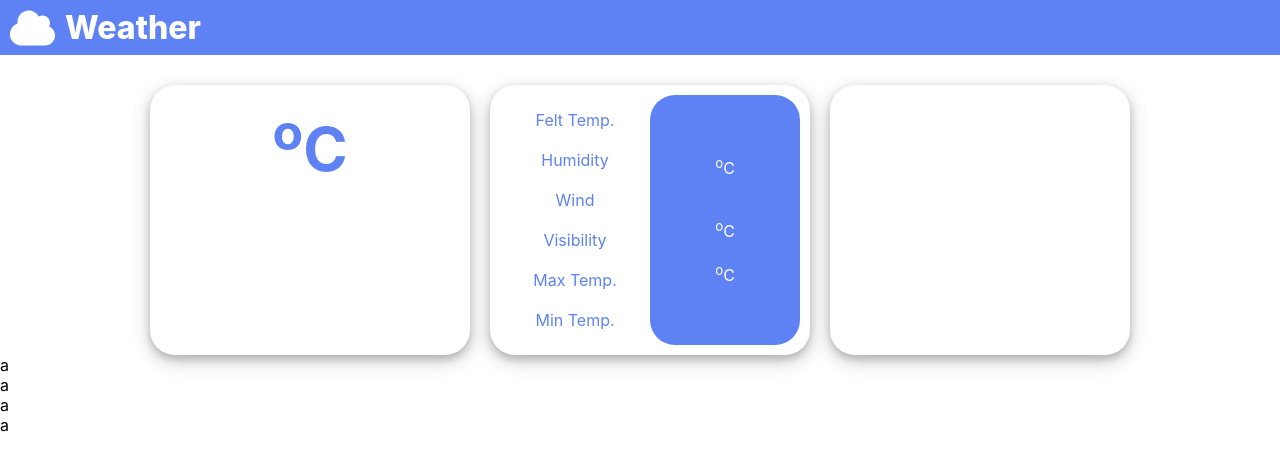
Repository: ahmedazawi/weather-app
Page: /
An editor plug-in stored every save of this project. The page is shown before and after the next save, followed by the edit.
The browser window is 1280 px wide. The pictures show the whole page.
The project was rebuilt for these pictures with package versions that can differ from the ones it lists, and the page was loaded fresh each time. Also part of the build but not shown: src/components/Map.js.

Above is the page before, as saved 2022-11-30 15:07:02.

### src/App.js
import React, { useState, useEffect } from "react";
import "./App.css";
import Header from "./layout/Header";
import Details from "./components/Details";

import Store from "./assets/data/Store";
function App() {
  return (
    <div className="App">
      <Header />
      <Store>
        <Details />
      </Store>
    </div>
  );
}

export default App;

### src/App.css
body {
  --primaryColor: #5e82f4;
  --borderRadius: 25px;
}

.nav {
  display: flex;
  align-items: center;
  height: 55px;
  background-color: var(--primaryColor);
}

### src/layout/Header.js
import React from "react";
import { FontAwesomeIcon } from "@fortawesome/react-fontawesome";
import { faCloud } from "@fortawesome/free-solid-svg-icons";
const Header = () => {
  return (
    <div className="nav">
      <div>
        <FontAwesomeIcon
          className="f-icon"
          icon={faCloud}
          color="White"
          style={{ marginLeft: "10px", fontSize: "40px" }}
        />
      </div>

      <h1 style={{ color: "white", marginLeft: "10px", fontWeight: "800" }}>
        Weather
      </h1>
    </div>
  );
};

export default Header;

### src/components/Details.js
import React, { useContext, useEffect } from "react";
import "../assets/css/details.css";
import { ContextApi } from "../assets/data/ContextApi";
import SevenDaysCards from "./SevenDaysCards";
import Map from "./Map";

const Details = () => {
  // const { weather, Loading } = useContext(ContextApi);
  // const [weatherValue, setWeatherValue] = weather;
  // const [LoadingValue, setLoadingValue] = Loading;

  // useEffect(() => {
  // console.log(weatherValue);
  // console.log(LoadingValue);
  // console.log(LocatedValue);
  // console.log(weatherValue.weather[0].main);
  // }, [weatherValue]);

  // if (LoadingValue) {
  //   return <div className="main">Loading...</div>;
  // }

  return (
    <div className="main">
      <div className="big-cards">
        <div>
          {/* <div>{weatherValue.location.city}</div> */}
          <div
            style={{
              fontSize: "60px",
            }}
          >
            {/* {weatherValue.current_observation.condition.temperature} */}
            <sup>o</sup>C
          </div>
          {/* <div>{weatherValue.current_observation.condition.text}</div> */}
        </div>
        <div>
          <div className="line-a">
            <span>Felt Temp.</span>
            <span>Humidity</span>
            <span>Wind</span>
            <span>Visibility</span>
            <span>Max Temp.</span>
            <span>Min Temp.</span>
          </div>
          <div className="line-b">
            <span>
              {/* {weatherValue.current_observation.condition.temperature - 0.7} */}
              <sup>o</sup>C
            </span>
            {/* <span>{weatherValue.current_observation.atmosphere.humidity}%</span> */}
            {/* <span> {weatherValue.current_observation.wind.speed} Km/h</span> */}
            <span>
              {/* {weatherValue.current_observation.atmosphere.visibility} Km */}
            </span>
            <span>
              {/* {weatherValue.forecasts[0].high} */}
              <sup>o</sup>C
            </span>
            <span>
              {/* {weatherValue.forecasts[0].low} */}
              <sup>o</sup>C
            </span>
          </div>
        </div>
        <div>{/* <Map city={weatherValue.location.city} /> */}</div>
      </div>

      <SevenDaysCards />
    </div>
  );
};

export default Details;

### src/assets/data/Store.js
import React, { useState, useEffect } from "react";
import { ContextApi } from "./ContextApi";
import { weatherAppAPI } from "./Api";
import axios from "axios";
function Store({ children }) {
  const [weather, setWeather] = useState([]);
  const [Loading, setLoading] = useState(true);
  const [lat, setLat] = useState();
  const [long, setLong] = useState();
  const [located, setLocated] = useState(false);
  const geolocationAPI = navigator.geolocation;
  const getUserCoordinates = () => {
    if (!geolocationAPI) {
      console.log("Geolocation API is not available in your browser!");
    } else {
      geolocationAPI.getCurrentPosition(
        (position) => {
          const { coords } = position;
          setLat(coords.latitude);
          setLong(coords.longitude);
          setLocated(true);
        },
        (error) => {
          console.log("Something went wrong getting your position!");
        }
      );
    }
  };

  useEffect(() => {
    // getUserCoordinates();
    if (located) {
      const options = {
        method: "GET",
        url: weatherAppAPI,
        params: { lat: lat, long: long, format: "json", u: "c" },
        headers: {
          "X-RapidAPI-Key":
            "863b7c6b72msh78facda9cbf0e03p10660djsn19089c27c69a",
          "X-RapidAPI-Host": "yahoo-weather5.p.rapidapi.com",
        },
      };

      axios
        .request(options)
        .then(function (response) {
          setWeather(response.data);
          setLoading(false);
          console.log(response.data);
        })
        .catch(function (error) {
          console.error(error);
        });
    }
  }, [located]);

  return (
    <ContextApi.Provider
      value={{
        weather: [weather, setWeather],
        Loading: [Loading, setLoading],
      }}
    >
      {children}
    </ContextApi.Provider>
  );
}
export default Store;

### src/assets/css/details.css
.main {
  width: 100%;
  display: flex;
  flex-direction: column;
}

.big-cards {
  width: 100%;
  min-height: fit-content;
  display: flex;
  flex-direction: row;
  flex-wrap: wrap;
  gap: 20px;
  align-items: center;
  justify-content: center;
  margin-top: 30px;
  color: var(--primaryColor);
}
.big-cards > div {
  width: 300px;
  height: 250px;
  background-color: white;
  padding: 10px;
  border-radius: var(--borderRadius);
  box-shadow: 0 4px 8px 0 rgba(0, 0, 0, 0.2), 0 6px 20px 0 rgba(0, 0, 0, 0.19);
}
.big-cards > div:first-child {
  display: flex;
  flex-direction: column;
  align-items: center;
  justify-content: space-between;
}
.big-cards > div:first-child > div {
  font-size: 30px;
  font-weight: bold;
  margin: 7px 0;
}
.big-cards > div:nth-child(2) {
  display: flex;
  flex-direction: row;
  justify-content: space-between;
}
.big-cards > div:nth-child(2) > div {
  display: flex;
  flex-direction: column;
  align-items: center;
  justify-content: center;
  width: 50%;
}
.big-cards > div:nth-child(2) > div > span {
  margin: 10px 0;
}

.line-b {
  color: white;
  background-color: var(--primaryColor);
  border-radius: var(--borderRadius);
}

.big-cards > div:nth-child(3) {
  height: 270px;
  max-width: 340px;
  padding: 0;
  display: flex;
  align-items: center;
  justify-content: center;
  overflow: hidden;
}
.map {
  border: none;
}

### src/assets/data/ContextApi.js
import { createContext } from "react";
export const ContextApi = createContext();

### src/components/SevenDaysCards.js
import React from "react";

const SevenDaysCards = () => {
  return (
    <div className="small-cards">
      <div>a</div>
      <div>a</div>
      <div>a</div>
      <div>a</div>
    </div>
  );
};

export default SevenDaysCards;

### src/assets/data/Api.js
export const weatherAppAPI = "https://fcc-weather-api.glitch.me/api/current";

export const googleMapAPI = "AIzaSyAq15HbfCRMW7RqNb5LUNyOLyfzpYI0wl4";

//https://pokeapi.co/api/v2/pokemon/4

//https://fcc-weather-api.glitch.me/api/current?lat=462&lon=41

//https://api.open-meteo.com/v1/forecast?latitude=${lat}&longitude=${long}&daily=temperature_2m_max,temperature_2m_min,rain_sum,windspeed_10m_max,windgusts_10m_max&timezone=auto

//https://yahoo-weather5.p.rapidapi.com/weather

### src/assets/css/SevenDaysCards.css
.small-cards {
  display: grid;
  grid-template-columns: repeat(7, 1fr);
  gap: 30px;
}
.small-cards

Loaded but not shown: public/index.html (common file); src/index.js (common file); src/index.css (common file)

After the next save:
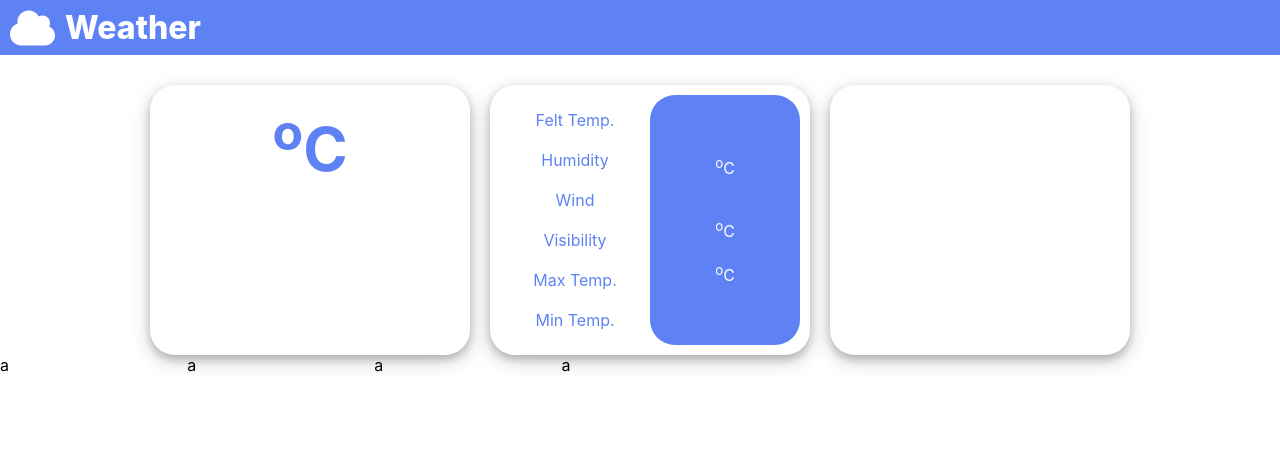
Saved 32 s later.
--- a/src/components/SevenDaysCards.js
+++ b/src/components/SevenDaysCards.js
@@ -1,5 +1,5 @@
 import React from "react";
-
+import "../assets/css/SevenDaysCards.css";
 const SevenDaysCards = () => {
   return (
     <div className="small-cards">
